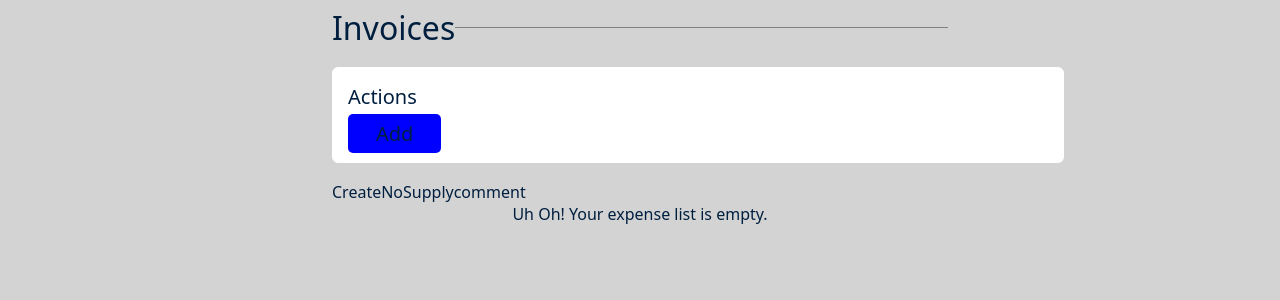
Repository: om1ars/task3
Page: /
The author's editor kept a copy of each file at every save. The page is drawn from the files as they stood at one save, then again after a run of saves.
The browser window is 1280 px wide. The pictures show the whole page.
Some web libraries are served in a nearby version. The project was rebuilt for these pictures with package versions that can differ from the ones it lists, and the page was loaded fresh each time. Also part of the build but not shown: src/components/footer/footer.css, src/components/footer/index.js, src/constants/add-expense.js, src/components/add-form/add-form.css, src/components/add-form/success-modal.css, src/components/add-form/success-modal.js, src/components/add-form/index.js, src/pages/add-expense/add-expense.css and 3 more.

Above is the page before, as saved 2021-12-18 15:24:02.

After the next 2 saves:
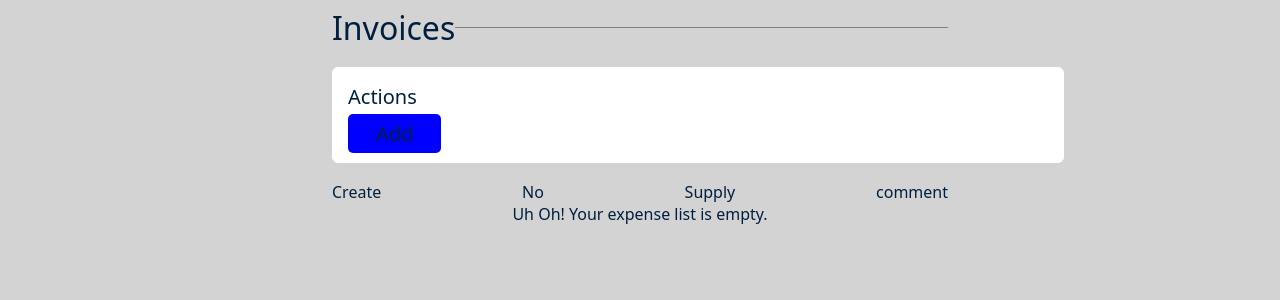
The 2 saves are shown as one change because they came seconds apart.
The last was saved 9 s later.
--- a/src/components/expense-list/index.js
+++ b/src/components/expense-list/index.js
@@ -17,7 +17,10 @@ const ExpenseList = () => {
         newestOnTop={false}
         closeOnClick
       />
-      <div className="" style={{display: 'flex'}}>
+      <div
+        className=""
+        style={{ display: "flex", justifyContent: "space-between" }}
+      >
         <div>Create</div>
         <div>No</div>
         <div>Supply</div>
